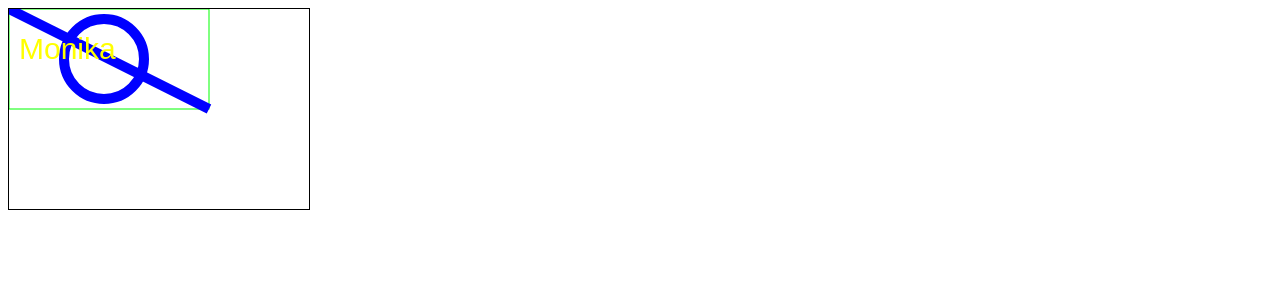
Repository: BhardwajMonika/core-java
Page: HTML2/WebContent/Canvas1.html
An editor plug-in stored every save of this project. The page is shown before and after the next save, followed by the edit.
The browser window is 1280 px wide. The pictures show the whole page.

Above is the page before, as saved 2019-02-27 09:35:41.

### HTML2/WebContent/Canvas1.html
<!DOCTYPE html>
<html>
<head>


<meta charset="ISO-8859-1">
<title>canvas</title>
</head>
<body>

	<canvas id="myCanvas" width="300" height="200"
		style="border: 1px solid #000000;">
</canvas>
<script>
	var c = document.getElementById("myCanvas");
	var ctx = c.getContext("2d");


	ctx.drawStyle = "#FF0000";
	ctx.strokeStyle="#00FF00";
	ctx.strokeRect(0, 0, 200, 100);

	ctx.beginPath();
	ctx.strokeStyle="#FF0000"
	ctx.arc(95,50,40,0,2*Math.PI);
	ctx.stroke();

	ctx.moveTo(0,0);
	ctx.lineTo(200,100);
	ctx.lineWidth=10;

	ctx.strokeStyle='#0000ff';
	ctx.stroke();

	ctx.font="30px Arial";
	ctx.fillStyle='yellow';
	ctx.fillText("Monika",10,50);
</script>

</body>
</html>

After the next save:
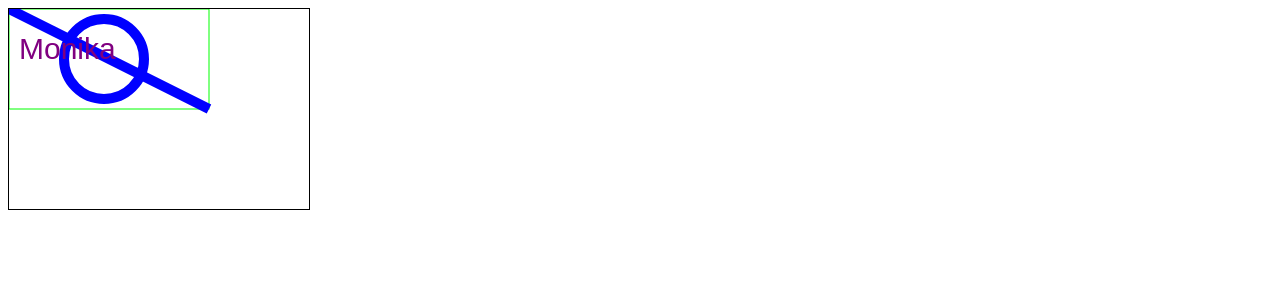
Saved 22 s later.
--- a/HTML2/WebContent/Canvas1.html
+++ b/HTML2/WebContent/Canvas1.html
@@ -33,7 +33,7 @@
 	ctx.stroke();
 
 	ctx.font="30px Arial";
-	ctx.fillStyle='yellow';
+	ctx.fillStyle='purple';
 	ctx.fillText("Monika",10,50);
 </script>
 
